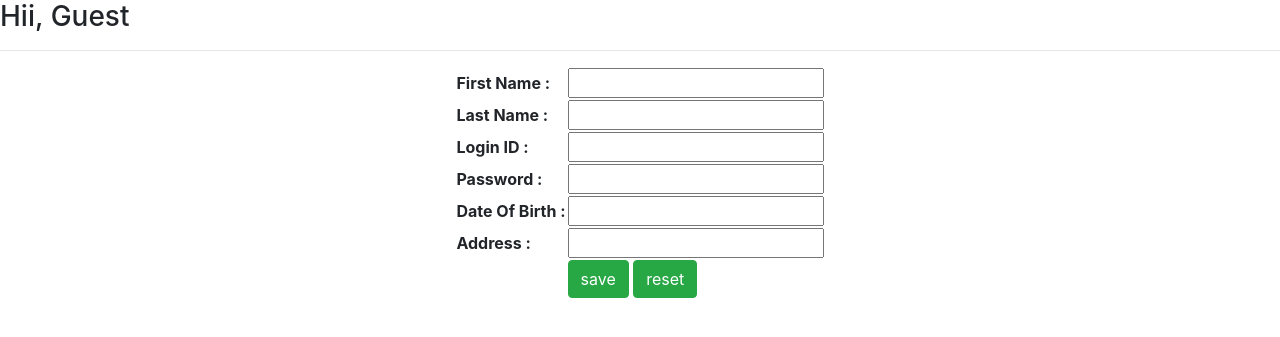
Repository: NikhilKhandait/Spring_MVC
Page: http://localhost/spring-mvc/WEB-INF/pages/UserView.jsp
These files come from the project's save history. The page is drawn as it stood at one moment and after the next save; the edit follows.
The browser window is 1280 px wide. The pictures show the whole page.
Some web libraries are served in a nearby version. The page is served by Tomcat 9. Nobody is signed in. The template is opened directly, without the code that normally fills it, so the values that code supplies are empty.

Above is the page before, as saved 2024-05-24 06:39:47.

After the next save:
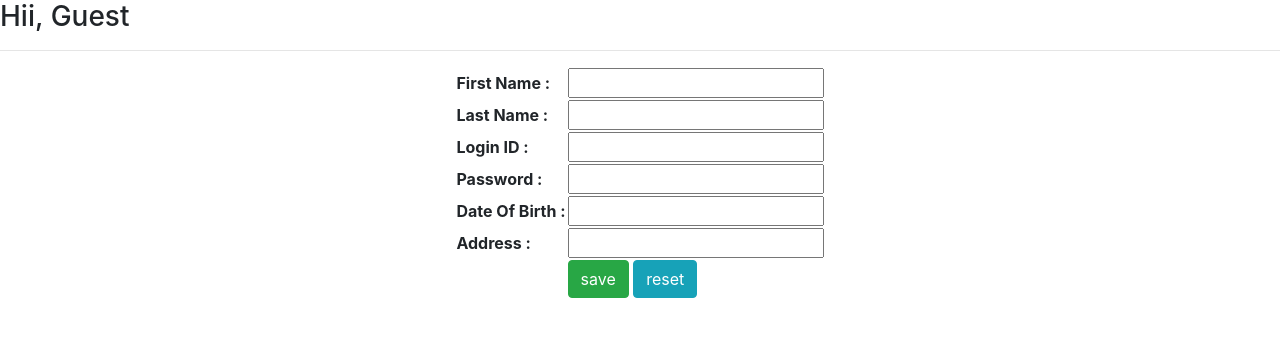
Saved 14 s later.
--- a/New folder/Spring-mvc/spring-mvc/src/main/webapp/WEB-INF/pages/UserView.jsp
+++ b/New folder/Spring-mvc/spring-mvc/src/main/webapp/WEB-INF/pages/UserView.jsp
@@ -49,7 +49,7 @@
 				<tr>
 					<th></th>
 					<td><input type="submit" name="operation" class="btn btn-success" value="save">
-					<input type="submit" name="operation" class="btn btn-success" value="reset">
+					<input type="submit" name="operation" class="btn btn-info" value="reset">
 					</td>
 				</tr>
 
